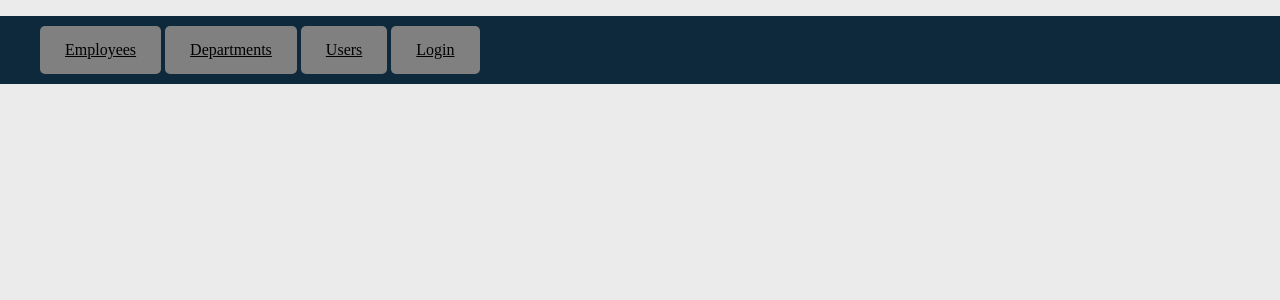
Repository: avsuhas/Java-Project
Page: Employee Project/WebContent/html/button.html
An editor plug-in stored every save of this project. The page is shown before and after the next save, followed by the edit.
The browser window is 1280 px wide. The pictures show the whole page.

Above is the page before, as saved 2017-05-25 15:11:56.

### Employee Project/WebContent/html/button.html
<!DOCTYPE html>
<html>
<head>
    <title>Button Testing</title>
    <style type="text/css">




    html, body {
    	margin: 0px;
    	background: #ebebeb;
    }
      .ulTag {
      	list-style-type: none;
      	background: #0E283C;
      	margin: 0px;
      }


      .liTag {
        display: inline-block;
            padding: 15px 25px;
            background: grey;
            border-radius: 5px;
            margin: 10px 0px 10px 0px;
            text-align: right;
        }
        .sbmtBtn {
        	width: 90px;
		    height: 35px;
		    border-radius: 10px;
		    font-size: 17px;
		    margin-top: 20px;
}
        }

</style>


</head>
<body>

	<div class="ulTag">
	<ul>
		<li class="liTag"> <a href="../jsp/employees.jsp" style="color:black;">Employees</a></li>
		<li class="liTag"><a href="../jsp/departments.jsp" style="color:black;">Departments</a></li>
		<li class="liTag"><a href="../jsp/user.jsp" style="color:black;">Users</a></li>
		<li class="liTag"><a href="welcomePage.html" style="color:black;">Login</a></li>
	</ul>
	</div>

<br>



</body>
</html>

After the next save:
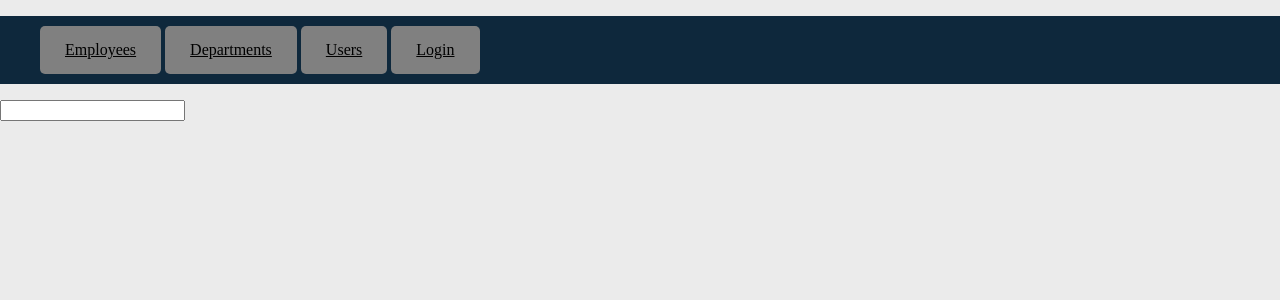
Saved 64 s later.
--- a/Employee Project/WebContent/html/button.html
+++ b/Employee Project/WebContent/html/button.html
@@ -50,6 +50,12 @@
 	</ul>
 	</div>
 
+	<div>
+	<input type="search"/>
+
+	</div>
+
+
 <br>
 
 
